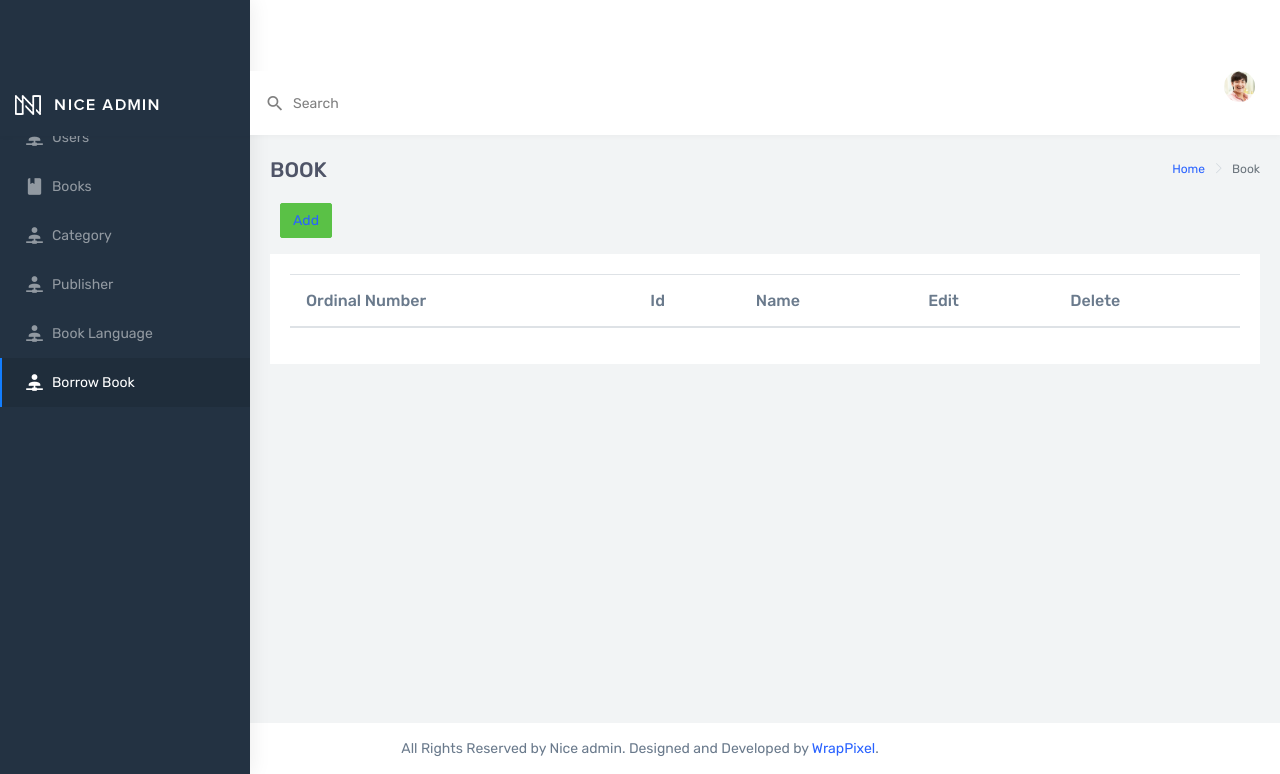
Repository: dev1xc/library-management-system
Page: http://localhost/admin/borrow-book
The author's editor kept a copy of each file at every save. The page is drawn from the files as they stood at one save, then again after the next save.
The browser window is 1280 px wide. The pictures show the whole page.
The page is served by the project's Laravel application, run on PHP 8.4 with Laravel 10. The first stored user is signed in. The database holds what the project's SQL file puts in it. Queries for data that is not in the repository find no rows.

Above is the page before, as saved 2024-02-08 08:38:19.
Console error: TypeError: Cannot read properties of null (reading 'querySelector')

After the next save:
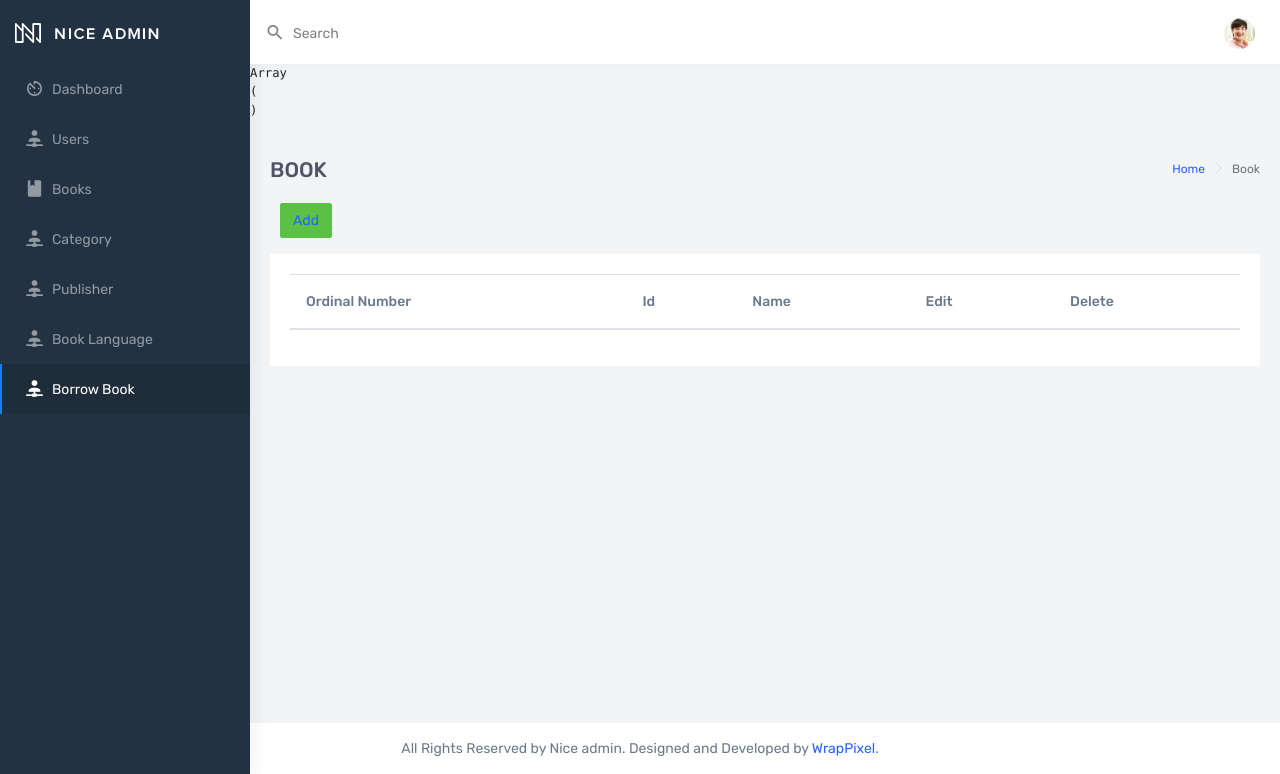
Saved 4 s later.
--- a/resources/views/admin/functions/borrow/index.blade.php
+++ b/resources/views/admin/functions/borrow/index.blade.php
@@ -1,10 +1,11 @@
 @extends('admin.layouts.main')
+
+@section('content')
 @php
     echo '<pre>';
     print_r($data);
     echo '</pre>';
 @endphp
-@section('content')
   @php
       $count = 1;
   @endphp
